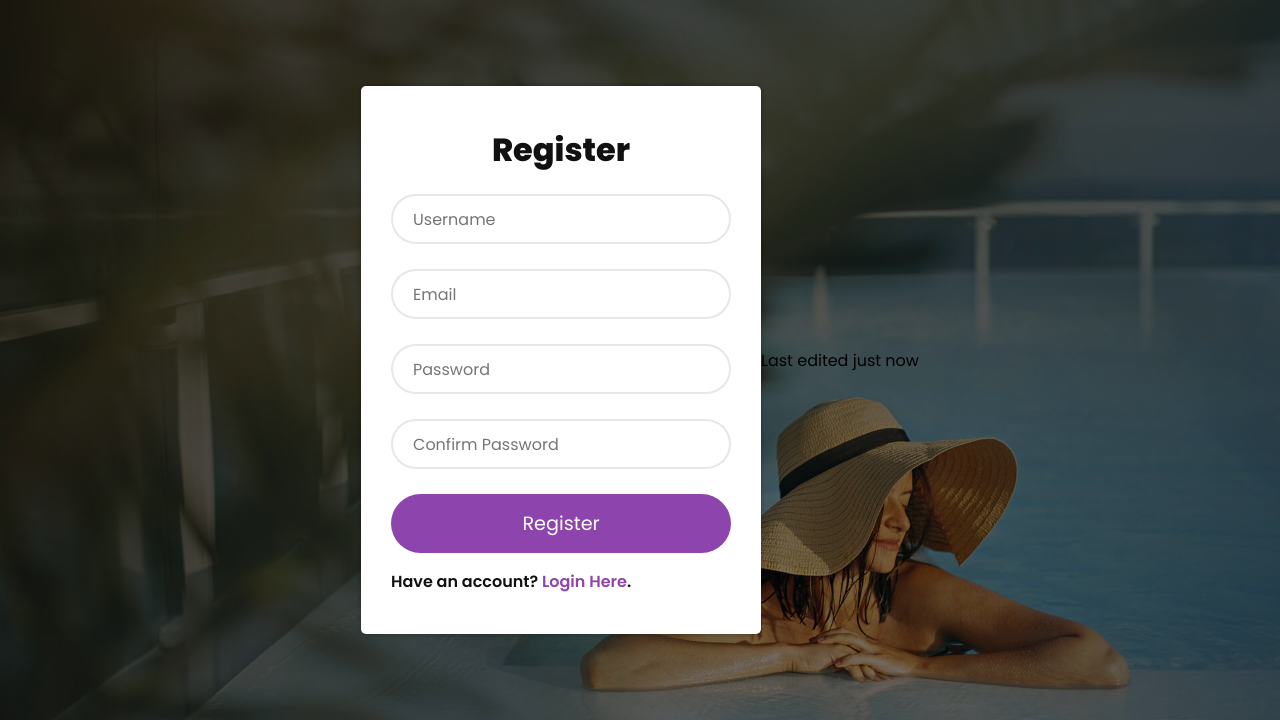
Repository: tanya2468/travel_agency
Page: http://localhost/register.php
The author's editor kept a copy of each file at every save. The page is drawn from the files as they stood at one save, then again after the next save.
The browser window is 1280 px wide. The pictures show the whole page.
The page is run by PHP 8.4 with error messages shown; the project is at /var/www/html/.

Above is the page before, as saved 2024-11-12 18:57:32.

### register.php
<?php
include 'config.php';

error_reporting(0);

if (isset($_POST['submit'])) {
    $username = $_POST['username'];
    $email = $_POST['email'];
    $password = md5($_POST['password']);
    $cpassword = md5($_POST['cpassword']);

    if ($password == $cpassword) {
        $sql = "SELECT * FROM users WHERE email='$email'";
        $result = mysqli_query($conn, $sql);
        if ($result->num_rows > 0) {
            echo "<script>alert('Email already registered.');</script>";
        } else {
            $sql = "INSERT INTO users (username, email, password) VALUES ('$username', '$email','$password')";
            $result = mysqli_query($conn, $sql);
            if ($result) {
                echo "<script>alert('User registration completed.');window.location.href='login.php';</script>";
            } else {
                echo "<script>alert('Oops! Something went wrong.');</script>";
            }
        }
    } else {
        echo "<script>alert('Password Not Matched.');</script>";
    }
}
?>

<!DOCTYPE html>
<html>
<head>
    <meta charset="utf-8">
    <meta name="viewport" content="width=device-width, initial-scale=1.0">

    <link rel="stylesheet" href="https://stackpath.bootstrapcdn.com/font-awesome/4.7.0/css/font-awesome.min.css">

    <link rel="stylesheet" type="text/css" href="style.css">

    <title>Register</title>
</head>
<body>
    <div class="container">
        <form action="" method="POST" class="login-email">
            <p class="login-text" style="font-size: 2rem; font-weight: 800;">Register</p>
            <div class="input-group">
                <input type="text" placeholder="Username" name="username" value="<?php echo $username; ?>" required>
            </div>
            <div class="input-group">
                <input type="email" placeholder="Email" name="email" value="<?php echo $email; ?>" required>
            </div>
            <div class="input-group">
                <input type="password" placeholder="Password" name="password" value="<?php echo $_POST['password']; ?>" required>
            </div>
            <div class="input-group">
                <input type="password" placeholder="Confirm Password" name="cpassword" value="<?php echo $_POST['cpassword']; ?>" required>
            </div>
            <div class="input-group">
                <button name="submit" class="btn">Register</button>

            </div>
            <p class="login-register-text">Have an account? <a href="login.php">Login Here</a>.</p>
        </form>
    </div>
</body>
</html>
Last edited just now

### config.php
<?php
$server = "localhost";
$user = "root";
$pass = "";
$database = "book_db";

$conn = mysqli_connect($server, $user, $pass, $database);

if (!$conn) {
    die("<script>alert('Connection Failed.')</script>");
}
?>

### style.css
@import url('https://fonts.googleapis.com/css2?family=Poppins:ital,wght@0,100;0,200;0,300;0,400;0,500;0,600;0,700;0,800;0,900;1,100;1,200;1,300;1,400;1,500;1,600;1,700;1,800;1,900&display=swap');

* {
    margin: 0;
    padding: 0;
    box-sizing: border-box;
    font-family: 'Poppins', sans-serif;
}

body {
    width: 100%;
    min-height: 100vh;
    background-image: linear-gradient(rgba(0,0,0,.5), rgba(0,0,0,.5)), url(home-slide-1.jpg);
    background-position: center;
    background-size: cover;
    display: flex;
    justify-content: center;
    align-items: center;
}

.container {
    width: 400px;
    min-height: 400px;
    background: #FFF;
    border-radius: 5px;
    box-shadow: 0 0 5px rgba(0,0,0,.3);
    padding: 40px 30px;
}

.container .login-text {
    color: #111;
    font-weight: 500;
    font-size: 1.1rem;
    text-align: center;
    margin-bottom: 20px;
    display: block;
    text-transform: capitalize;
}

.container .login-social {
    display: grid;
    grid-template-columns: repeat(auto-fit, minmax(50%, 1fr));
    margin-bottom: 25px;
}

.container .login-social a {
    padding: 12px;
    margin: 10px;
    border-radius: 3px;
    box-shadow: 0 0 5px rgba(0,0,0,.3);
    text-decoration: none;
    font-size: 1rem;
    text-align: center;
    color: #FFF;
    transition: .3s;
}

.container .login-social a i {
    margin-right: 5px;
}

.container .login-social a.facebook {
    background: #4267B2;
}

.container .login-social a.twitter {
    background: #1DA1F2;
}

.container .login-social a.google-plus {
    background: #db4a39;
}

.container .login-social a.linkedin {
    background: #0e76a8;
}

.container .login-social a.facebook:hover {
    background: #3d5fa3;
}

.container .login-social a.twitter:hover {
    background: #1991db;
}

.container .login-social a.google-plus:hover {
    background: #ca4334;
}

.container .login-social a.linkedin:hover {
    background: #0b5c81;
}

.container .login-email .input-group {
    width: 100%;
    height: 50px;
    margin-bottom: 25px;
}

.container .login-email .input-group input {
    width: 100%;
    height: 100%;
    border: 2px solid #e7e7e7;
    padding: 15px 20px;
    font-size: 1rem;
    border-radius: 30px;
    background: transparent;
    outline: none;
    transition: .3s;
}

.container .login-email .input-group input:focus, .container .login-email .input-group input:valid {
    border-color: #8e44ad;
}

.container .login-email .input-group .btn {
    display: block;
    width: 100%;
    padding: 15px 20px;
    text-align: center;
    border: none;
    background: #8e44ad;
    outline: none;
    border-radius: 30px;
    font-size: 1.2rem;
    color: #FFF;
    cursor: pointer;
    transition: .3s;
}

.container .login-email .input-group .btn:hover {
    transform: translateY(-5px);
    background: #8e44ad;
}

.login-register-text {
    color: #111;
    font-weight: 600;
}

.login-register-text a {
    text-decoration: none;
    color: #8e44ad;
}

@media (max-width: 430px) {
    .container {
        width: 300px;
    }
    .container .login-social {
        display: block;
    }
    .container .login-social a {
        display: block;
    }
}

After the next save:
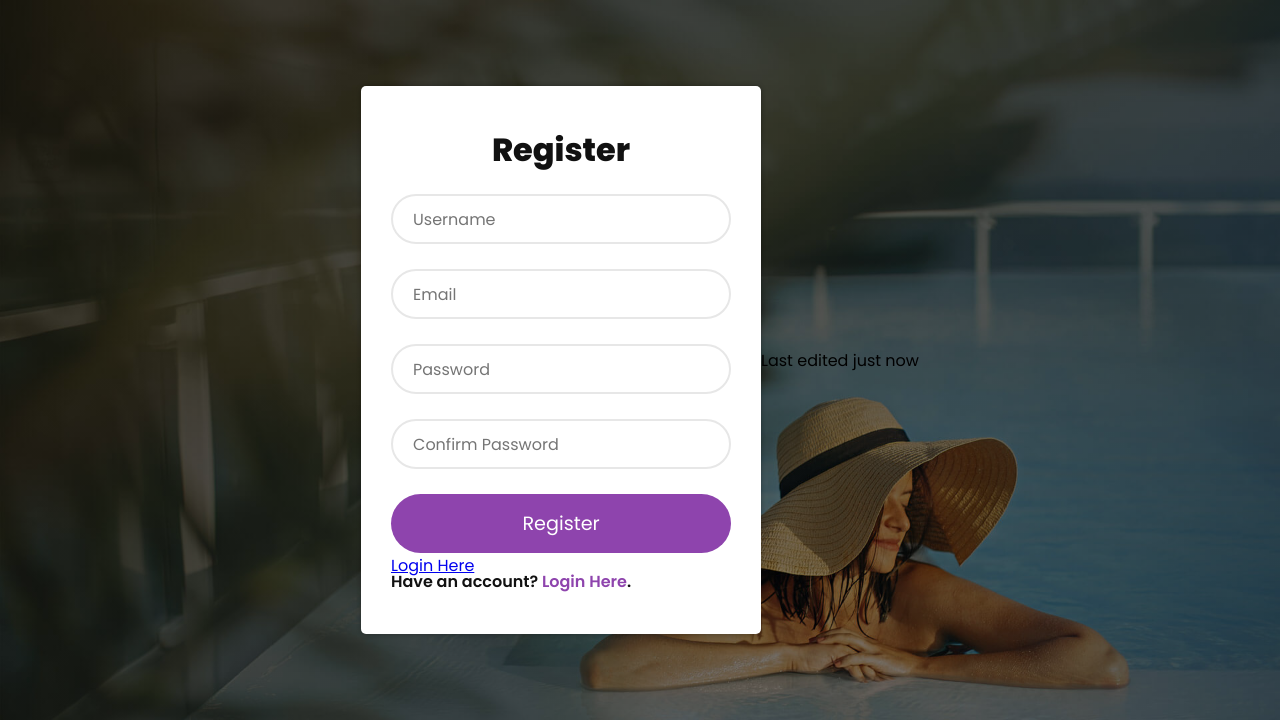
Saved 8 s later.
--- a/register.php
+++ b/register.php
@@ -59,7 +59,7 @@
             </div>
             <div class="input-group">
                 <button name="submit" class="btn">Register</button>
-
+				<a href="login.php">Login Here</a>
             </div>
             <p class="login-register-text">Have an account? <a href="login.php">Login Here</a>.</p>
         </form>

After the save that followed:
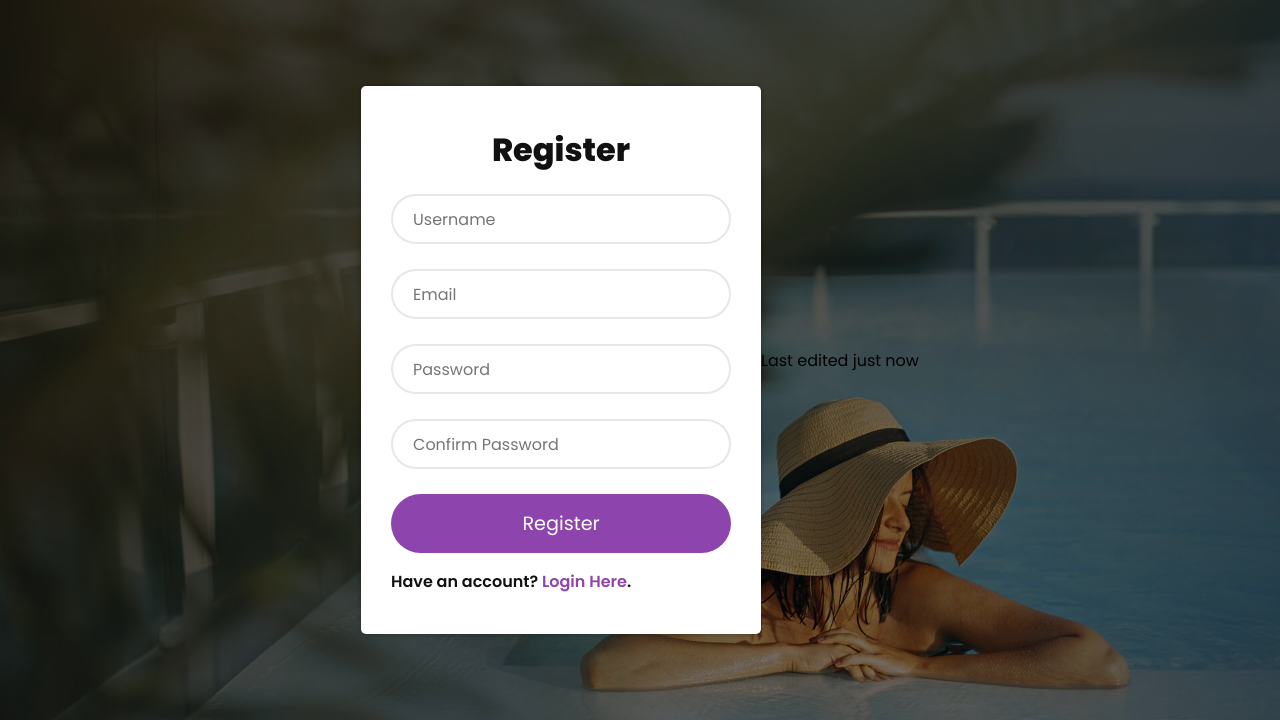
Saved 7 s later.
--- a/register.php
+++ b/register.php
@@ -59,7 +59,7 @@
             </div>
             <div class="input-group">
                 <button name="submit" class="btn">Register</button>
-				<a href="login.php">Login Here</a>
+				<a href="login.php"></a>
             </div>
             <p class="login-register-text">Have an account? <a href="login.php">Login Here</a>.</p>
         </form>
